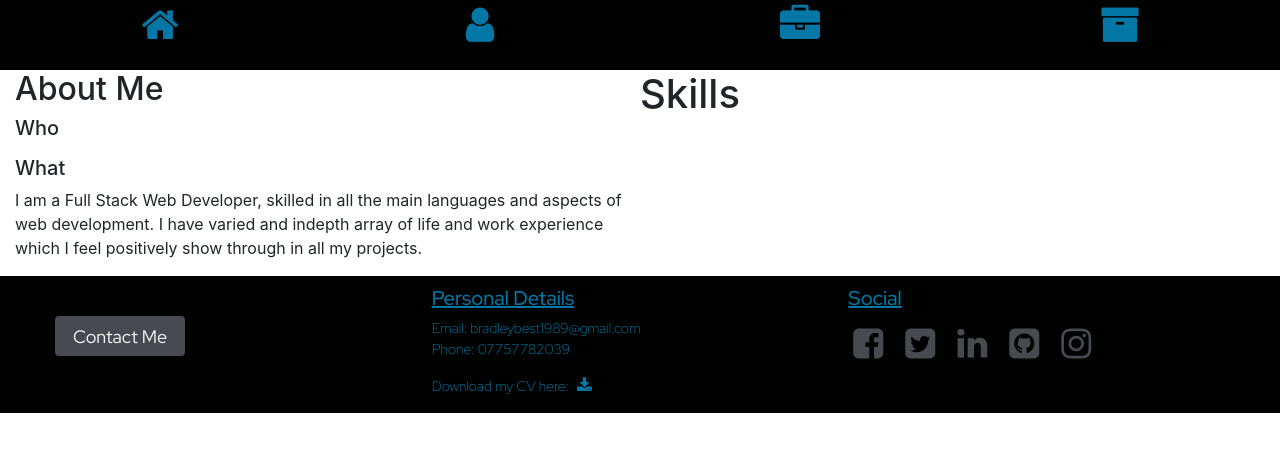
Repository: Brad000/Resume-project
Page: about-me.html
The author's editor kept a record of every edit. The page is drawn from the files as they stood at one moment, then again after the next edit.
The browser window is 1280 px wide. The pictures show the whole page.

Above is the page before.

After the next edit:
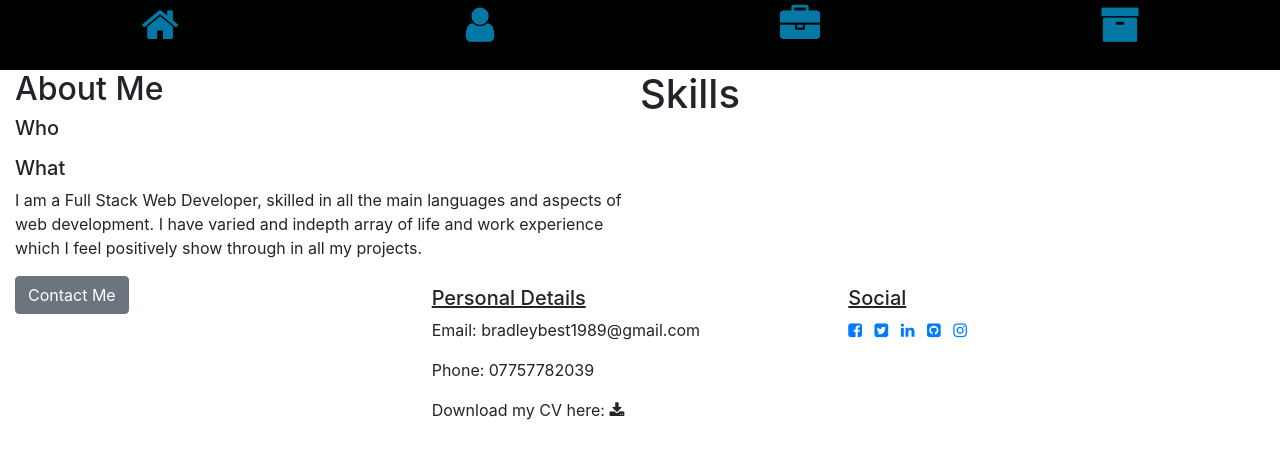
The edit:
--- a/assets/css/style.css
+++ b/assets/css/style.css
@@ -77,9 +77,9 @@
 /*------------About Me / SKills---------------*/
 
 .container {
+  height: 100vh;
   padding: 0;
   margin: 0;
-}
 
 
 

After the edit that followed:
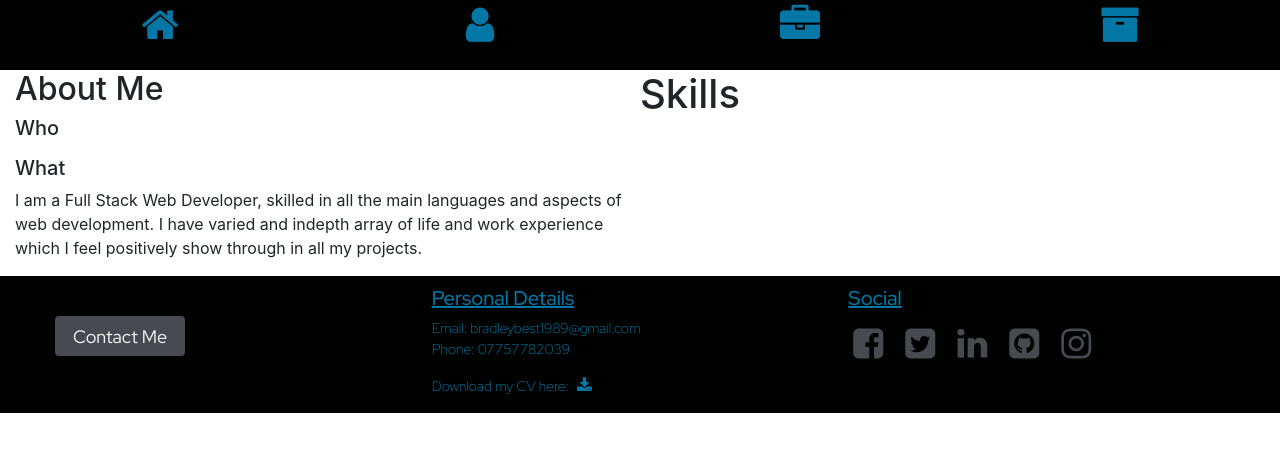
The edit:
--- a/assets/css/style.css
+++ b/assets/css/style.css
@@ -80,7 +80,7 @@
   height: 100vh;
   padding: 0;
   margin: 0;
-
+}
 
 
 /*-------------------Footer-------------------*/
